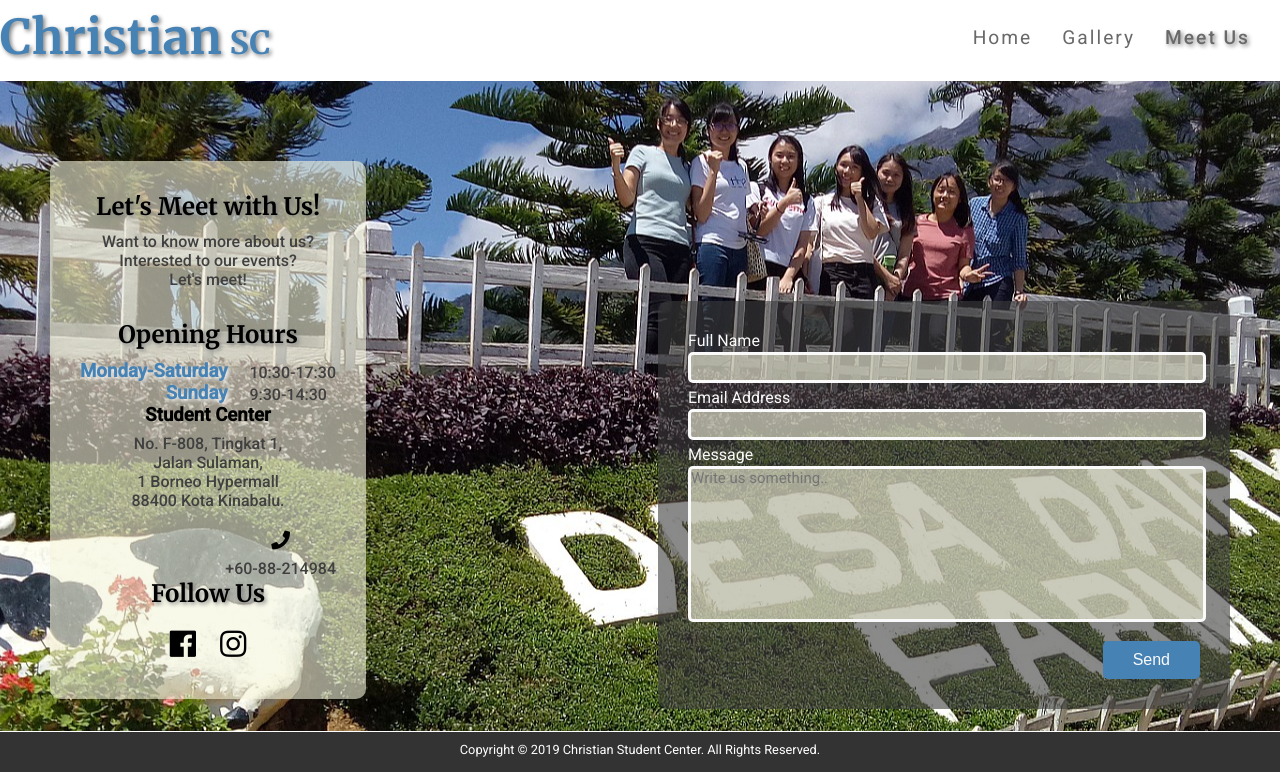
Repository: kongteckmee/christian-sc
Page: meet.html
The author's editor kept a record of every edit. The page is drawn from the files as they stood at one moment, then again after the next edit.
The browser window is 1280 px wide. The pictures show the whole page.
Some web libraries are served in a nearby version.

Above is the page before.

After the next edit:
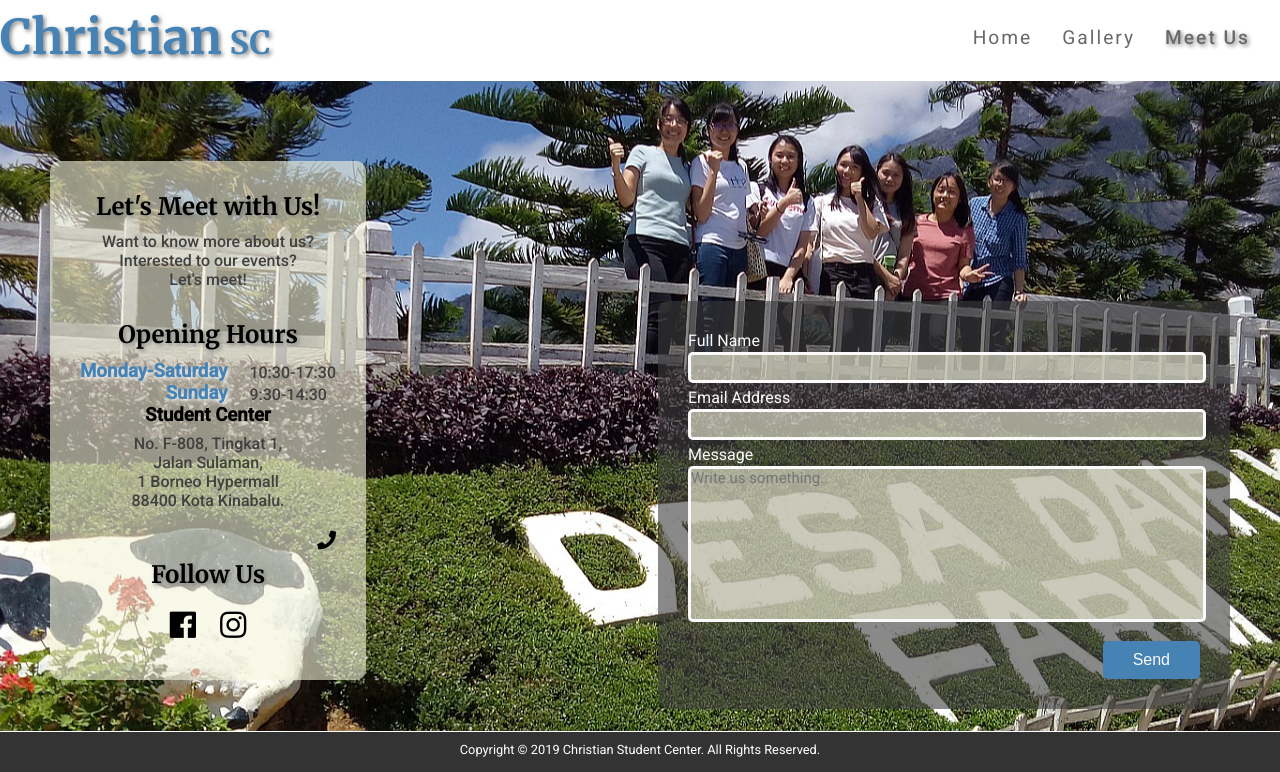
The edit:
--- a/meet.html
+++ b/meet.html
@@ -59,7 +59,7 @@
             <div id="phone">
                 <h3><i class="fas fa-phone"></i></h3>
                 <br>
-                <p>+60-88-214984</p>
+                <p></p>
             </div>
             <div id="follow">
                 <h2>Follow Us</h2>
